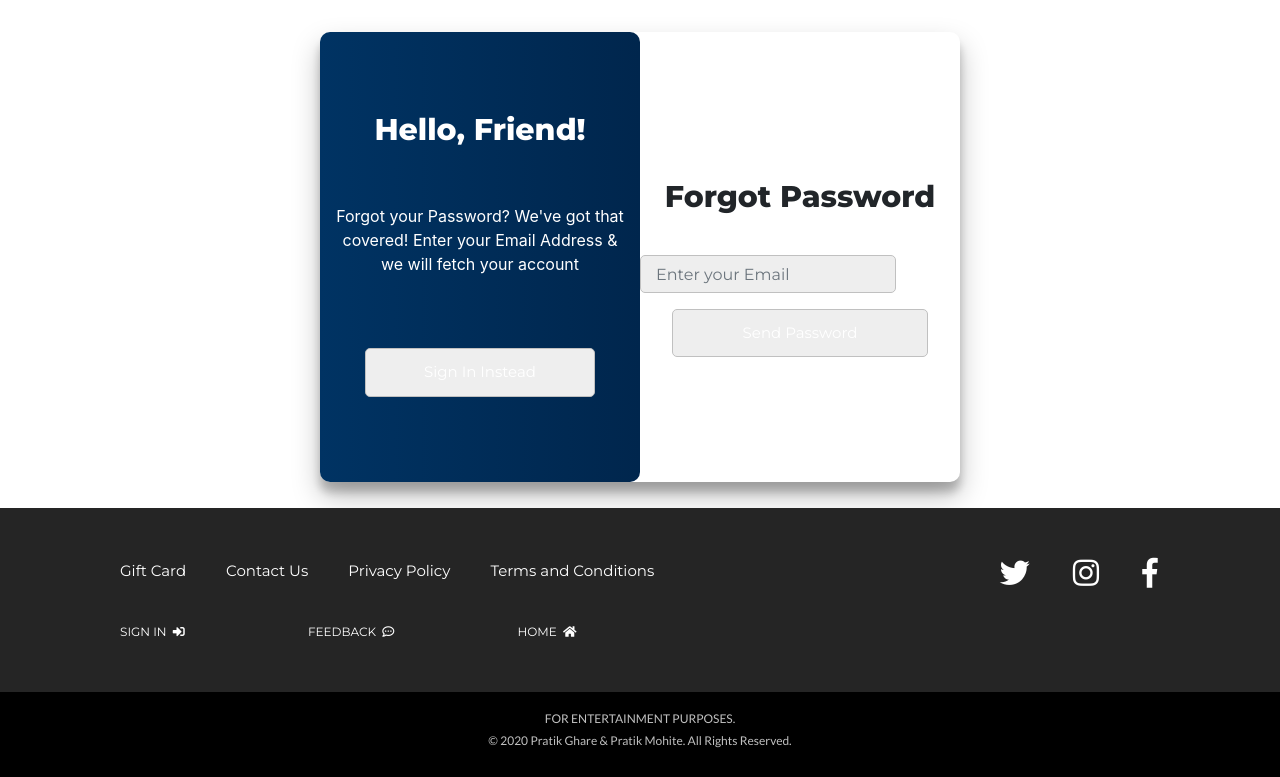
Repository: pratikghare/CafeImbiss
Page: http://localhost/Cafeteria/forgot.jsp
These files come from the project's save history. The page is drawn as it stood at one moment and after the next save; the edit follows.
The browser window is 1280 px wide. The pictures show the whole page.
Some web fonts or font styles are not loaded; a fallback is used. Some web libraries are served in a nearby version. The page is served by Tomcat 9. Other server files are loaded and not shown.

Above is the page before, as saved 2020-11-04 16:47:24.

### Cafeteria/WebContent/forgot.jsp
<!DOCTYPE html>
<html lang="en">

<head>
    <meta charset="UTF-8">
    <meta name="viewport" content="width=device-width, initial-scale=1.0">
    <title>Forgot Password | Los Pollos Hermanos</title>
    <link rel="icon" href="./images/logo/title-logo.png">
    <link href="https://fonts.googleapis.com/css2?family=Chelsea+Market&family=Montserrat:wght@400;800;900&family=Bubblegum+Sans&family=Mali&family=Flamenco&family=Aclonica&family=Carter+One&family=Luckiest+Guy&family=Lato&family=Montserrat+Subrayada&family=Sarabun&family=Viga&family=Wellfleet&display=swap"
        rel="stylesheet">
    <link rel="stylesheet" href="./references/login.css">
    <link rel="stylesheet" href="./references/main.css">
    <link rel="stylesheet" href="./references/footer.css">
    <link rel="stylesheet" href="./references/navigationBar.css">
    <link rel="stylesheet" href="./references/animation.css">
    <link rel="stylesheet" href="https://stackpath.bootstrapcdn.com/bootstrap/4.5.0/css/bootstrap.min.css">
    <link rel="stylesheet" href="https://cdn.jsdelivr.net/npm/bootstrap@4.5.3/dist/css/bootstrap.min.css" integrity="sha384-TX8t27EcRE3e/ihU7zmQxVncDAy5uIKz4rEkgIXeMed4M0jlfIDPvg6uqKI2xXr2" crossorigin="anonymous">
    <script src="https://code.jquery.com/jquery-3.5.1.slim.min.js"></script>
    <script src="https://cdn.jsdelivr.net/npm/popper.js@1.16.0/dist/umd/popper.min.js"></script>
    <script src="https://stackpath.bootstrapcdn.com/bootstrap/4.5.0/js/bootstrap.min.js"></script>
    <link rel="stylesheet" href="https://use.fontawesome.com/releases/v5.6.3/css/all.css">
</head>

<body>
    <!--Header-->
    <div class="header-container">
        <% String message = request.getAttribute("mailMessage")!=null ? (String)request.getAttribute("mailMessage") : "none"; %>
        <section class="login-container" style="margin-top: 2em;">

            <div class="login-right-panel">
                <form class="right-panel-content" action="loginForm.htm">
                  <h1 style="font-weight: 800 !important; font-size:30px !important; margin-top:1em;">Hello, Friend!</h1><br><br>
                    <p>Forgot your Password? We've got that covered! Enter your Email Address & we will fetch your account</p><br><br>
                    <input type="submit" value="Sign In Instead"/>
                </form>
            </div>
            <div class="login-left-panel">
                <form action="forgot_password.htm" method="post">
                    <h1 style="font-weight: 800 !important; font-size:30px !important; margin-top:1em;">Forgot Password</h1><br>
                     <input style="max-width: 20em; margin-left:2em" class="form-control form-group is-valid" minlength="10" required="true" id="validationServer03" type="email" name="userEmail" placeholder="Enter your Email" />
                    <div style="margin-top: -1em !important; margin-bottom:5px !important;" class="invalid-feedback">Enter a valid Email.</div>

                    <input type="submit" value="Send Password">
                     <% if(message.equals("You are not Registered!")){ %>
                     <br><br>
                   <span style="color:red;">You are not Registered!</span>
                   <a href="regForm.htm">Register Now!</a>
                   <%} else if(message.equals("Check you email for Password!")){
                   %>
                   <br><br>
                   <span style="color:green;">Check you email for Password!</span>
                   <a href="loginForm.htm">Go to Login Page.</a>
                   <%} %>
                </form>
            </div>
        </section>



    </div>

   <!--Footer-->
   <footer>
    <div class="footer">
        <div class="footer-left">
            <ul>
                <li>
                    <a href="#">Gift Card</a>
                </li>
                <li>
                    <a href="./contact.html">Contact Us</a>
                </li>
                <li>
                    <a href="https://www.amc.com/privacy" target="_blank">Privacy Policy</a>
                </li>
                <li>
                    <a href="https://www.amc.com/terms" target="_blank">Terms and Conditions</a>
                </li>
            </ul>
            <span><a href="./login.html">Sign in  <i class="fas fa-sign-in-alt"></i></a></span>
            <span><a href="./feedback.html">FEEDBACK  <i class="far fa-comment-dots"></i></a></span>
            <span><a href="./index.html">HOME  <i class="fas fa-home"></i></a></span>
        </div>

        <div class="footer-right">
            <a href="https://twitter.com/pratikghare888" target=_blank><i class="fab fa-twitter"></i></a>
            <a href="https://www.instagram.com/pratikghare_/" target=_blank><i class="fab fa-instagram"></i></a>
            <a href="https://www.facebook.com/pratikghare88" target=_blank><i class="fab fa-facebook-f"></i></a>
        </div>
    </div>
    <div class="footer-copyright">
        <h6>FOR ENTERTAINMENT PURPOSES.</h6>
        <h6>&copy; 2020 Pratik Ghare & Pratik Mohite. All Rights Reserved.</h6>
    </div>
</footer>
<!--EndOfFooter-->
</body>

</html>

### Cafeteria/WebContent/references/login.css
* {
    margin: 0;
    padding: 0;
    box-sizing: border-box;
}

body {
    font-family: 'Montserrat', sans-serif;
    background-color: #f6f5f7;
    height: 100vh;
}


.header-container img{
    height: 200px;
}

@media screen and (min-width : 900px ){
    .header-container img{
        margin: 15px 0 0 44.5%;
    }
}

@media screen and (max-width : 900px ){
    .header-container img{
        margin: 15px 0 0 40%;
        transition: all 150ms ease-in-out;
    }
}

@media screen and (max-width : 650px ){
    .header-container img{
        margin: 15px 0 0 35%;
        transition: all 150ms ease-in-out;
    }
}

@media screen and (max-width : 450px ){
    .header-container img{
        margin: 20px 0 0 30%;
        transition: all 150ms ease-in-out;
    }
}


.login-container{
    display: grid;
    grid-template-columns: repeat(auto-fit, minmax(300px, 1fr));
    min-height: 450px;
    max-width: 850px;
    border-radius: 10px;
    box-shadow: 0 14px 28px rgba(0, 0, 0, 0.25), 0 10px 10px rgba(0, 0, 0, 0.22);
    justify-content: center;
    align-items: center;
    margin: 1% 25% 2% 25%;
}

.login-left-panel{
    text-align: center;
}

.login-right-panel{
    background: #00264d;
    background: linear-gradient(to right, #003363, #00264d) ;
    text-align: center;
    border-radius: 10px;
    height: 100%;
    justify-content: center;
    color: #fff;
}

.right-panel-content{
    margin-top: 25%;
    padding: 0 5%;
}



form input {
    background: #eee !important;
    border: none !important;
    padding: 12px 15px !important;
    margin: 8px 0 !important;
    width: 80% !important;
    border-radius: 5px !important;
    border: 1px solid #c0c0c0 !important;
    outline: none !important;
}

form input[type="submit"]{
	font-size:15px !important;
}

.login-left-panel form input[type="submit"]{
    width: 40%;
    background-color: #00468b;
    border-radius: 50px;
    color: #fff;
    font-family: 'Montserrat';
    border: none;
    outline: none;
}

form input[type="submit"]:active {
    transform: scale(0.97);
    transition: all 150ms ease-in-out;
}

.login-right-panel form input[type="submit"]{
    width: 50%;
    border-radius: 50px;
    background: transparent;
    color: #fff;
    font-family: 'Montserrat';
}

::-webkit-input-placeholder{ /* Chrome & Safari */
    font-family: 'Montserrat';
    color: rgb(83, 83, 83);
}

::-moz-placeholder { /* Firefox  */

    font-family: 'Montserrat';
    color: rgb(83, 83, 83);
  }
  :-ms-input-placeholder { /* IE 10+ */
    font-family: 'Montserrat';
    color: rgb(83, 83, 83);
  }


  /* SOCAIL CONTAINER */



  .fa-facebook {
    font-size: 40px;
    color: rgb(66, 104, 179);
  }

  .fa-google-plus{
    font-size: 40px;
    color: rgb(228, 76, 71);
  }

  .fa-twitter{
    font-size: 40px;
    color: rgb(29, 161, 242);
  }

  .social-container{
      display: flex;
      flex-wrap: wrap;
      justify-content: space-evenly;
      align-items: center;
  }

  h1{
      font-size: 30px;
      font-family: 'Montserrat';
  }

  .login-left-panel a{
    text-decoration: none;
    color: black;
    font-size: 15px;
  }

  @media screen and (max-width: 1200px){
    .login-left-panel, .login-right-panel{
        padding: 20px 0;
    }
    .login-right-panel{
        margin-top: 0;
    }

  }

  @media screen and (max-width: 900px){
    .login-container{
        margin: 5% 5%;
        width: 90%;
        transition: all 150ms ease-in-out;
    }
  }

### Cafeteria/WebContent/references/main.css
* {
    margin: 0;
    padding: 0;
    box-sizing: border-box;
}

body {
    font-family: 'Sarabun', sans-serif;
    line-height: 1.5;
}


/* ----- Header ----- */
@media screen and (max-width: 450px){

    #main-logo {
        max-height: 200px;
        margin-top: 40%;
    }
}


@media screen and (min-width: 450px){

    #main-logo {
        max-height: 300px;
        margin-top: 40%;
    }
}




.header {
    height: 80vh;
    background: linear-gradient(rgba(255, 255, 255, 0.5), rgba(255, 255, 255, 0.9)), url('./images/background/bkg-menu.jpg') center/cover fixed no-repeat;
    margin-top: auto;
    height: 100vh;
}


/* ----- Hero ----- */

.hero {
    display: flex;
    flex-direction: column;
    justify-content: center;
    align-items: center;
    background-attachment: fixed;
    width: 100%;
    height: 100%;
}


/* ----- SearchBar ----- */

.searchbar {
    margin-bottom: auto;
    margin-top: auto;
    height: 60px;
    background-color: #353b48;
    border-radius: 30px;
    padding: 10px;
}

.search_input {
    color: white;
    border: 0;
    outline: 0;
    background: none;
    width: 0;
    caret-color: transparent;
    line-height: 40px;
    transition: width 0.4s linear;
}

.searchbar:hover>.search_input {
    padding: 0 10px;
    width: 300px;
    caret-color: red;
    transition: width 0.4s linear;
}

.searchbar:hover>.search_icon {
    background: white;
    color: #e74c3c;
    text-decoration: none;
}

.search_icon {
    height: 40px;
    width: 40px;
    float: right;
    display: flex;
    justify-content: center;
    align-items: center;
    border-radius: 50%;
    color: white;
    text-decoration: none;
}


/* ----- EndOfHeader ----- */


/* ----- WhatWeDo ----- */


/* ----- WhyLPH ----- */

.role {
    background-color: rgb(52, 58, 64);
    border-top: 1px dotted #c0c0c0;
    padding: 50px 10%;
}

.role h1 {
    color: #c0c0c0;
    font-weight: bold;
    font-size: 45px;
}

.role p {
    color: #fff;
    font-size: 17px;
    width: 80%;
    font-family: 'Montserrat';
}


/* ----- LPH Video ----- */

#lph-video {
    margin-top: 5px;
    width: 100%;
    outline: none;
}

.video-grid-container {
    display: grid;
    grid-template-columns: 15% 70% 15%;
}


/* ----- Invesment & Franchising ----- */

.wwd-container {
    height: 100%;
    display: grid;
    grid-template-columns: repeat(auto-fit, minmax(310px, 1fr));
    grid-column-gap: 2px;
    margin: 1px 1%;
    padding-bottom: 1%;
    color: #fff;
}

.wwd-container .wwd-franchise {
    background: linear-gradient(#82a662, #82a662), url('../images/background/bkg-image4.jpg') no-repeat center/cover;
    text-align: center;
    background-blend-mode: multiply;
    border-radius: 5px;
}

.wwd-invesment {
    background: linear-gradient(#626ba6, #626ba6), url('../images/background/invesment.jpg') no-repeat center/cover;
    text-align: center;
    background-blend-mode: multiply;
    border-radius: 5px;
}

.wwd-container button {
    padding: 10px 20px;
    font-size: 20px;
    background-color: rgb(7, 153, 204);
    color: #fff;
    text-transform: uppercase;
    font-family: 'Segoe UI';
    border: none;
    outline: none;
    text-align: center;
    border-radius: 5px;
}

.wwd-container button:hover {
    background-color: rgb(24, 107, 140);
}

.wwd-content {
    text-align: center;
    margin: 6%;
}

.wwd-content h1 {
    font-size: 35px;
    text-align: center;
    font-family: 'Montserrat', sans-serif;
    font-weight: bold;
}

.wwd-content h5 {
    font-size: 25px;
    text-align: center;
    font-family: 'Montserrat', sans-serif;
    letter-spacing: 1px;
}

.wwd-content p {
    font-size: 20px;
    font-family: 'Montserrat';
}


/* ----- EndOfWhatWeDo --- */


/* ----- ChickenSandwich ----- */

.chicken-sandwich {
    background: url('../images/menu/chicken-sandwich.png') center/cover;
    font-family: 'Viga';
    padding: 5em 0;
    display: flex;
    text-align: end;
    justify-content: space-around;
}

.chicken-sandwich h1 {
    font-size: 40px;
    font-weight: bold;
}

.chicken-sandwich-content {
   width: 50%;
}


/* ----- EndOfChickenSandwich ----- */


/* ----- MenuSection ----- */


/* ----- EndOfMenuSection ----- */

.clear {
    clear: both;
}


/* ----- SpicyChicken ----- */

.spicy-chicken {
    font-family: 'Viga';
    background: url('../images/menu/spicy-chicken.png') center/cover no-repeat;
}

.spicy-chicken-content {
    margin-top: 100px;
    margin-left: 150px;
    width: 40%;
}

.spicy-chicken-content h1 {
    font-size: 40px;
    font-weight: bold;
}

.spicy-chicken button {
    padding: 10px 20px;
    font-size: 20px;
    background-color: rgb(7, 153, 204);
    width: 70%;
    font-family: 'Segoe UI';
    color: #fff;
    text-transform: uppercase;
    border: none;
    outline: none;
    border-radius: 5px;
}

.spicy-chicken button:hover {
    background-color: rgb(24, 107, 140);
}


/* ----- SpicyChicken ----- */


/* ----- GustavoSection ----- */

.menu {
    max-width: 100%;
}

.menu-image {
    background: url('../images/background/bkg-image.jpg') center/cover fixed no-repeat;
}

.menu-text {
    align-items: center;
    background: orange;
}


.menu-text h1 {
    font-size: 40px;
    text-transform: uppercase;
}

.menu-text p {
    font-family: 'Carter One';
    font-size: 25px;
    padding: 1em;
    padding-right: 3em;
}

.menu-text a {
    display: inline-block;
    text-decoration: none;
    text-transform: uppercase;
    width: 35%;
    margin-left: 20px;
    padding: 13px 30px;
    border-radius: 200px;
    font-weight: bold;
    background: rgb(10, 10, 10);
    color: orange;
    border: none;
    text-align: center;
}

.menu-text a:hover {
    background: #fff;
    text-decoration: none;
    color: orange;
}

@media screen and (min-width: 1200px) {
    .menu {
        display: flex;
        width: 100%;
        height: 705px;
    }
    .menu-text {
        flex: 0 0 30%;
    }
    .menu-image {
        flex: 0 0 70%;
        clip-path: polygon(0 0, 100% 0, 55% 100%, 0 100%);
    }
    .menu {
        background: orange;
    }
}

@media screen and (max-width: 1478.5px){
    #gustavo-image {
        position: relative;
        height: 350px;
        transform: translate(-110%, -56.8%);
    }

}

@media screen and (min-width: 1478.5px){
    #gustavo-image {
        position: relative;
        height: 350px;
        transform: translate(-100%, -46.5%);
    }
}

@media screen and (max-width: 1200px){
    #gustavo-image {
        position: relative;
        height: 350px;
        transform: translate(0, 0);
    }
}

@media screen and (max-width: 450px){
    #gustavo-image {
        position: relative;
        max-height: 250px;
        transform: translate(0, 0);
    }
    .menu-text a{
        width: 50%;
    }
}


@media screen and (max-width: 300px){
    #gustavo-image {
        position: relative;
        max-height: 170px;
        transform: translate(0, 0);
    }

    .menu-text a{
        width: 80%;
    }

}



/* ----- EndofGustavoSection ----- */


/* ----- NutritionSection ----- */

.nutrition-section {
    padding-top: 3em;
    display: grid;
    grid-template-columns: repeat(auto-fit, minmax(300px, 1fr));
    text-align: center;
    margin: 1%;
}

.nutrition-section h1 {
    font-size: 50px;
    font-family: 'Viga';
    margin-top: 3em;
}

.nutrition-section img {
    width: 100%;
    border-radius: 3px;
}

.nutrition-section p {
    font-family: 'Lato';
    font-size: 19px;
    width: 50%;
    margin-left: 25%;
}

.nutrition-content button {
    padding: 10px 20px;
    font-size: 20px;
    text-align: center;
    font-family: 'Segoe UI';
    background-color: rgb(7, 153, 204);
    color: #fff;
    text-transform: uppercase;
    border: none;
    outline: none;
    border-radius: 5px;
}

.nutrition-content button:hover {
    background-color: rgb(24, 107, 140);
}


button:active {
    transform: scale(0.98);
    transition: all 150ms ease-in-out;
}

.copyright-sprite {
    font-size: 17px;
    margin: 5% 10%;
    text-align: center;
}


/* ----- EndOfNutritionSection ----- */

### Cafeteria/WebContent/references/footer.css
* {
    margin: 0;
    padding: 0;
}

/* ----- Footer ----- */

.footer {
    background-color: rgb(37, 37, 37);
    display: grid;
    grid-template-columns: 60% 40% minmax(400px, 1fr);
    padding-top: 30px;
    padding-bottom: 50px;
    font-family: 'Lato';
}

.footer-left ul {
    display: flex;
    margin-left: 100px;
    flex-wrap: wrap;
    list-style-type: none;
}

.footer-left ul>li {
    margin: 20px 20px;
}

.footer-left span {
    margin-left: 120px;
    font-size: 12px;
}

.footer-left span a {
    font-size: 12px;
    text-transform: uppercase;
}

.footer a {
    text-decoration: none;
    font-family: 'Montserrat';
    font-size: 15px;
    color: #fff;
}

.footer a:hover {
    color: #C0C0C0;
    text-decoration: none;
}

.footer-right {
    text-align: right;
    margin-right: 20%;
}

.footer-right i {
    color: #fff;
    margin: 20px 20px;
    font-size: 30px;
}

.footer-right i:hover {
    color: #C0C0C0;
}

.footer-copyright {
    background-color: #000;
    color: #fff;
    font-size: 12px;
    padding: 20px 20px;
    color: #c0c0c0;
}

.footer-copyright h6 {
    text-align: center;
    font-size: 12px;
    font-family: 'Lato';
}

.footer-copyright p {

    font-family: 'Montserrat';
    text-align: right;
}

.footer-copyright a {
    text-decoration: none;
    color: #c0c0c0;
}

.footer-copyright a:hover {
    color: #fff;
}

.footer .active {
    color: #C0C0C0;
}

.footer span img {
    height: 12px;
}


/* ----- EndOfFooter ----- */

### Cafeteria/WebContent/references/navigationBar.css
/* ----- NavigationBar ----- */

.navbar{
    margin: 0;
    padding: 0;
}


.nav-item .active {
    border-bottom: 4px solid #fff;
}

.nav-item {
    margin: 0 10px;
}

.navbar-nav {
    font-weight: bold;
    font-family: 'Chelsea Market';
    font-size: 20px;
}

.navbar-nav ul {
    text-align: center;
}

.navbar-nav li {
    display: inline-block;

}


.navbar-nav a:hover {
    border-bottom: 4px solid #fff;
    color: #fff;
    transition: all 150ms ease-in-out;
}


/* ----- EndOfNavigationBar ----- */

### Cafeteria/WebContent/references/animation.css
body {
    opacity: 0;
    animation: fadeIn ease-in 1;
    animation-fill-mode: forwards;
    animation-duration: 0.2s;

}

@keyframes fadeIn {
    from {
        opacity: 0;
    }
    to {
        opacity: 1;
    }
}

After the next save:
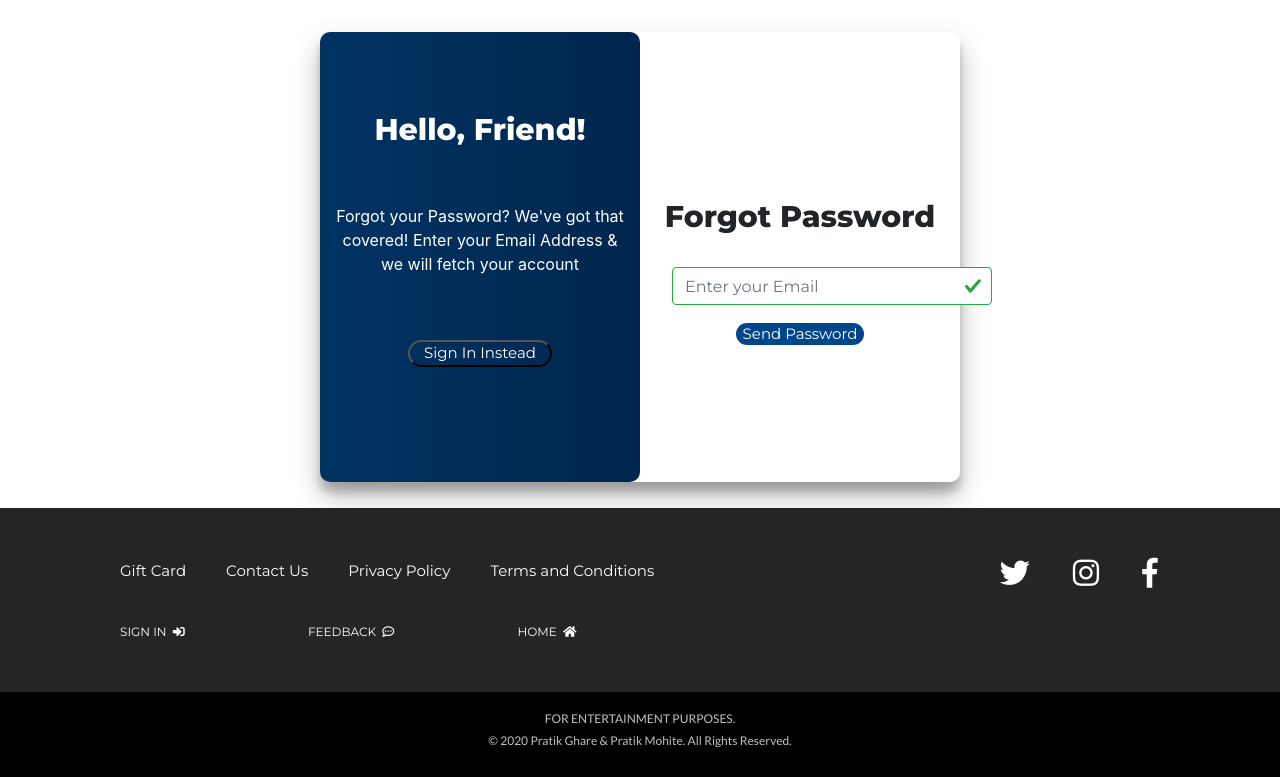
Saved 5 s later.
--- a/Cafeteria/WebContent/references/login.css
+++ b/Cafeteria/WebContent/references/login.css
@@ -76,16 +76,7 @@
 
 
 
-form input {
-    background: #eee !important;
-    border: none !important;
-    padding: 12px 15px !important;
-    margin: 8px 0 !important;
-    width: 80% !important;
-    border-radius: 5px !important;
-    border: 1px solid #c0c0c0 !important;
-    outline: none !important;
-}
+
 
 form input[type="submit"]{
 	font-size:15px !important;
